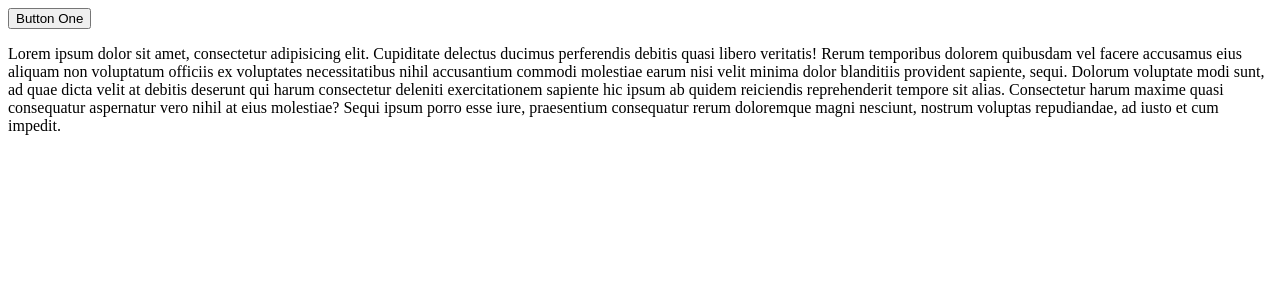
Repository: loosenthedark/the-importance-of-this
Page: index.html
The author's editor kept a record of every edit. The page is drawn from the files as they stood at one moment, then again after the next edit.
The browser window is 1280 px wide. The pictures show the whole page.

Above is the page before.
Console error: SyntaxError: Unexpected end of input

### index.html
<!DOCTYPE html>
<html lang="en">
<head>
    <meta charset="UTF-8">
    <meta name="viewport" content="width=device-width, initial-scale=1.0">
    <meta http-equiv="X-UA-Compatible" content="ie=edge">
    <link rel="stylesheet" href="css/style.css" type="text/css">
    <script type="text/javascript" src="js/jquery-3.4.1.js"></script>
    <title>Document</title>
</head>
<body>
    <div id="container">
        <div class="card">
            <button>Button One</button>
        </div>
        <div class="card">
            <p>
            Lorem ipsum dolor sit amet, consectetur adipisicing elit. Cupiditate delectus ducimus perferendis debitis quasi libero veritatis! Rerum temporibus dolorem quibusdam vel facere accusamus eius aliquam non voluptatum officiis ex voluptates necessitatibus nihil accusantium commodi molestiae earum nisi velit minima dolor blanditiis provident sapiente, sequi. Dolorum voluptate modi sunt, ad quae dicta velit at debitis deserunt qui harum consectetur deleniti exercitationem sapiente hic ipsum ab quidem reiciendis reprehenderit tempore sit alias. Consectetur harum maxime quasi consequatur aspernatur vero nihil at eius molestiae? Sequi ipsum porro esse iure, praesentium consequatur rerum doloremque magni nesciunt, nostrum voluptas repudiandae, ad iusto et cum impedit.
            </p>
        </div>
    </div>
    <script type="text/javascript" src="js/script.js"></script>
</body>
</html>

### css/style.css
.container {
    display: flex;
    flex-flow: row wrap;
    box-sizing: border-box;
    margin-left: auto;
    margin-right: auto;
    max-width: 1050px;
}

.box {
    display: flex;
    flex: 1;
    flex-flow: column;
    max-width: 240px;
    margin: 10px;
    padding: 20px;
    background: #000;
}

### js/script.js
$(document).ready(function(){
    $('.box').click(function(){
        // When we click on an element that has a 'box' class, this event will be fired
       var classNames = $(this).attr('class').split(' ');
       var boxClass = classNames[0];
       var colorClass = classNames[1];
       if ($(this).css('background', 'red') == "rgb(255, 0, 0)") {
         // If this object is already red, turn it black
         $("." + colorClass).css('background', '#000');
       } else {
           // Else, first turn all elements with the 'box' class black, then turn all elements with the same number class name as the clicked element red
       }
})

Loaded but not shown: js/jquery-3.4.1.js (library)

After the next edit:
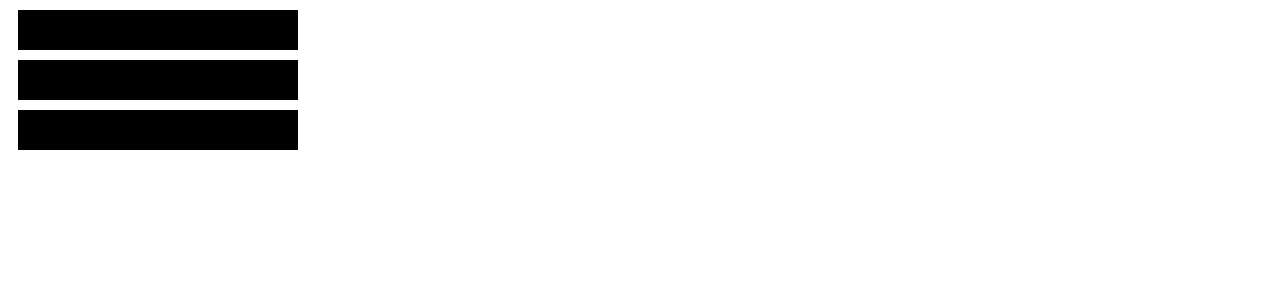
The edit:
--- a/index.html
+++ b/index.html
@@ -10,13 +10,14 @@
 </head>
 <body>
     <div id="container">
-        <div class="card">
-            <button>Button One</button>
+        <div class="box one">
+
         </div>
-        <div class="card">
-            <p>
-            Lorem ipsum dolor sit amet, consectetur adipisicing elit. Cupiditate delectus ducimus perferendis debitis quasi libero veritatis! Rerum temporibus dolorem quibusdam vel facere accusamus eius aliquam non voluptatum officiis ex voluptates necessitatibus nihil accusantium commodi molestiae earum nisi velit minima dolor blanditiis provident sapiente, sequi. Dolorum voluptate modi sunt, ad quae dicta velit at debitis deserunt qui harum consectetur deleniti exercitationem sapiente hic ipsum ab quidem reiciendis reprehenderit tempore sit alias. Consectetur harum maxime quasi consequatur aspernatur vero nihil at eius molestiae? Sequi ipsum porro esse iure, praesentium consequatur rerum doloremque magni nesciunt, nostrum voluptas repudiandae, ad iusto et cum impedit.
-            </p>
+        <div class="box one">
+
+        </div>
+        <div class="box one">
+
         </div>
     </div>
     <script type="text/javascript" src="js/script.js"></script>
